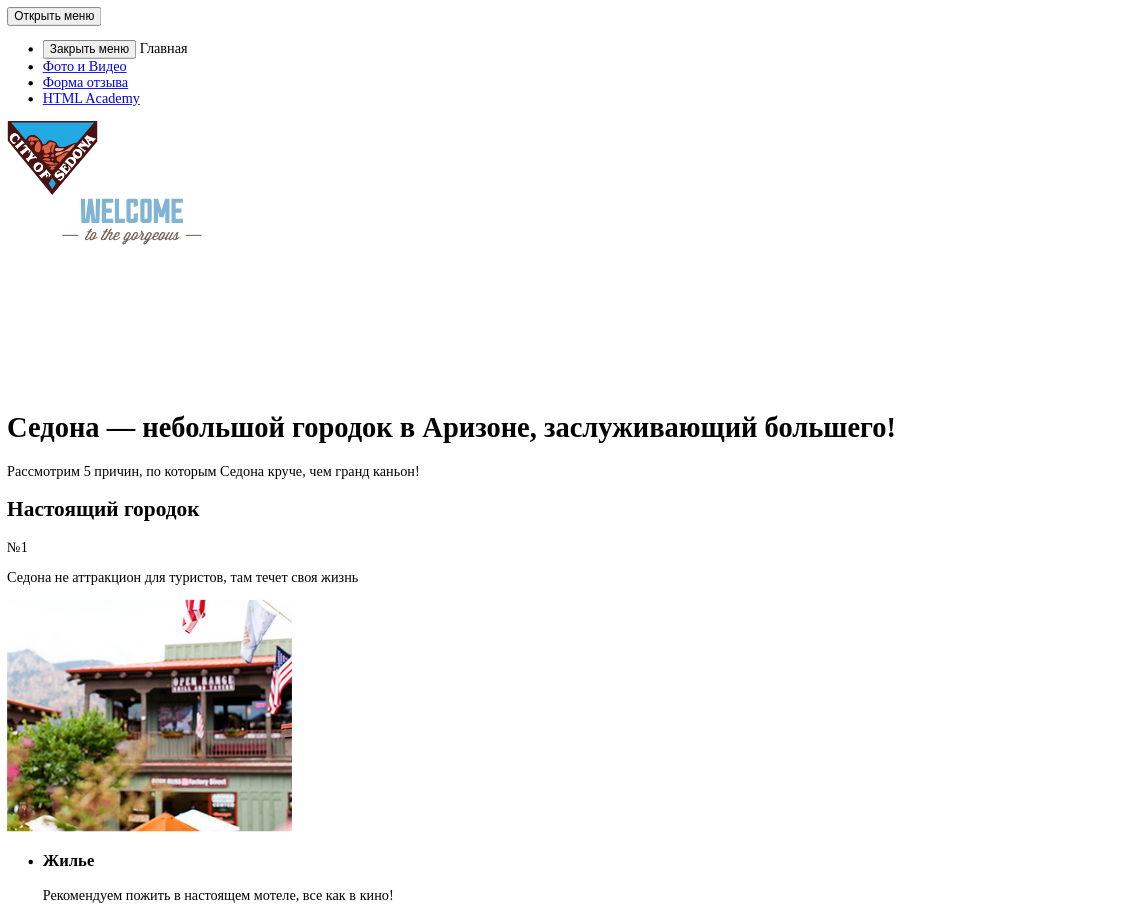
Repository: igorkrs/1076625-sedona-17
Page: source/index.html
An editor plug-in stored every save of this project. The page is shown before and after the next save, followed by the edit.
The browser window is 1280 px wide. The pictures show the whole page, at 89% of full size.

Above is the page before, as saved 2019-07-29 18:37:47.

After the next save:
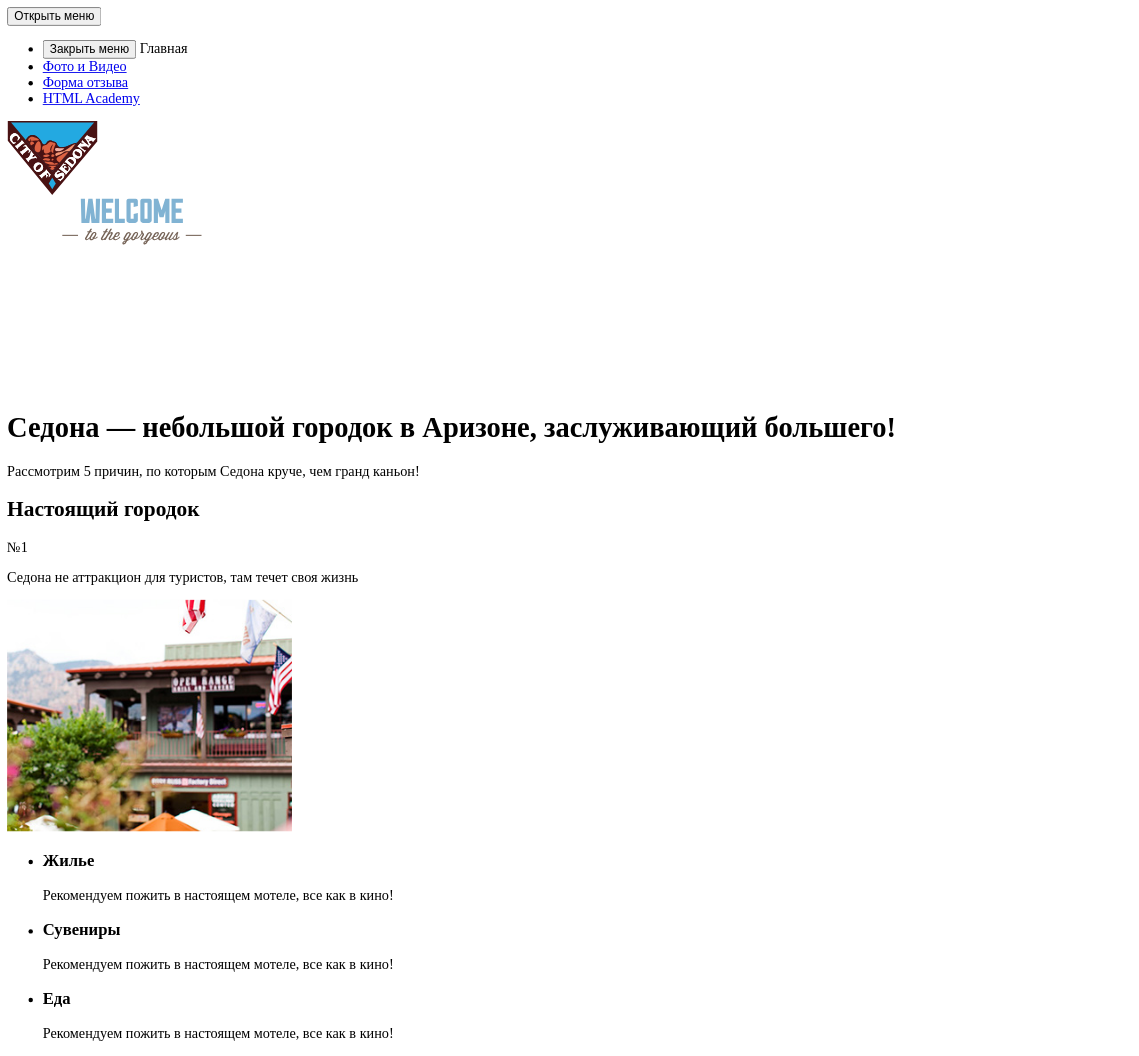
Saved 25 s later.
--- a/source/index.html
+++ b/source/index.html
@@ -52,6 +52,14 @@
           <h3 class="advantages__goods-title">Жилье</h3>
           <p class="advantages__goods-description">Рекомендуем пожить в настоящем мотеле, все как в кино!</p>
         </li>
+        <li class="advantages__goods-item">
+          <h3 class="advantages__goods-title">Сувениры</h3>
+          <p class="advantages__goods-description">Рекомендуем пожить в настоящем мотеле, все как в кино!</p>
+        </li>
+        <li class="advantages__goods-item">
+          <h3 class="advantages__goods-title">Еда</h3>
+          <p class="advantages__goods-description">Рекомендуем пожить в настоящем мотеле, все как в кино!</p>
+        </li>
       </ul>
     </section>
   </main>
